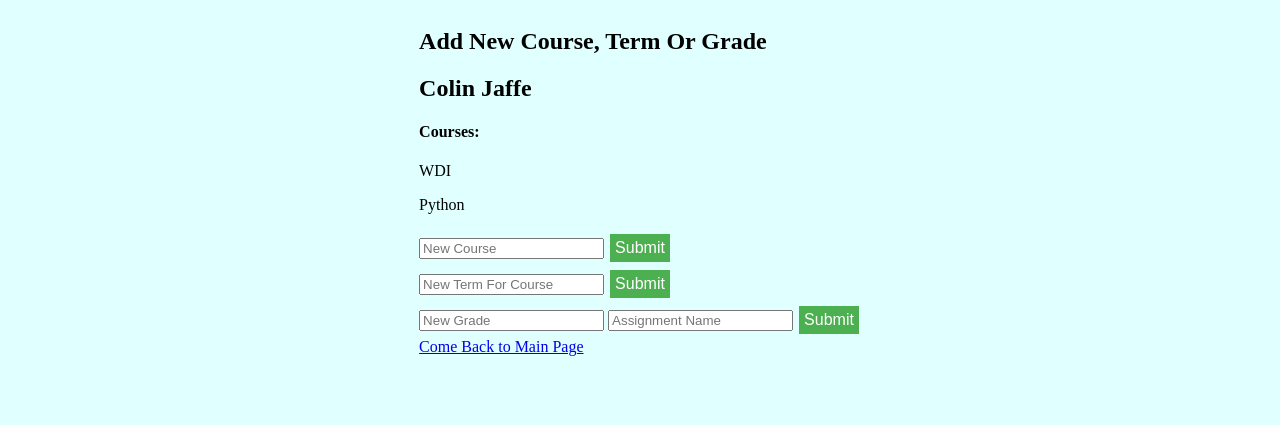
Repository: EdmontDantes/graderaide-ui
Page: add.html
The author's editor kept a copy of each file at every save. The page is drawn from the files as they stood at one save, then again after the next save.
The browser window is 1280 px wide. The pictures show the whole page.

Above is the page before, as saved 2020-04-21 15:51:27.

After the next save:
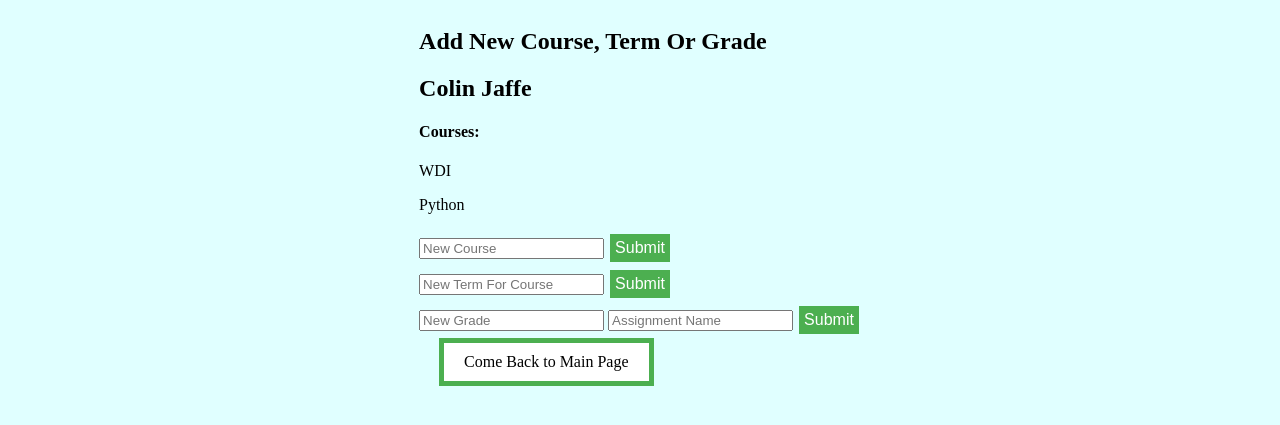
Saved 11 s later.
--- a/style-add.css
+++ b/style-add.css
@@ -19,3 +19,14 @@ button {
     margin: 4px 2px;
     cursor: pointer;
 }
+a {
+    background-color: white;
+    color: black;
+    border: 5px solid #4CAF50;
+    padding: 10px 20px;
+    text-align: center;
+    text-decoration: none;
+    display: inline-block;
+    font-size: 16px;
+    margin-left: 20px;
+}
